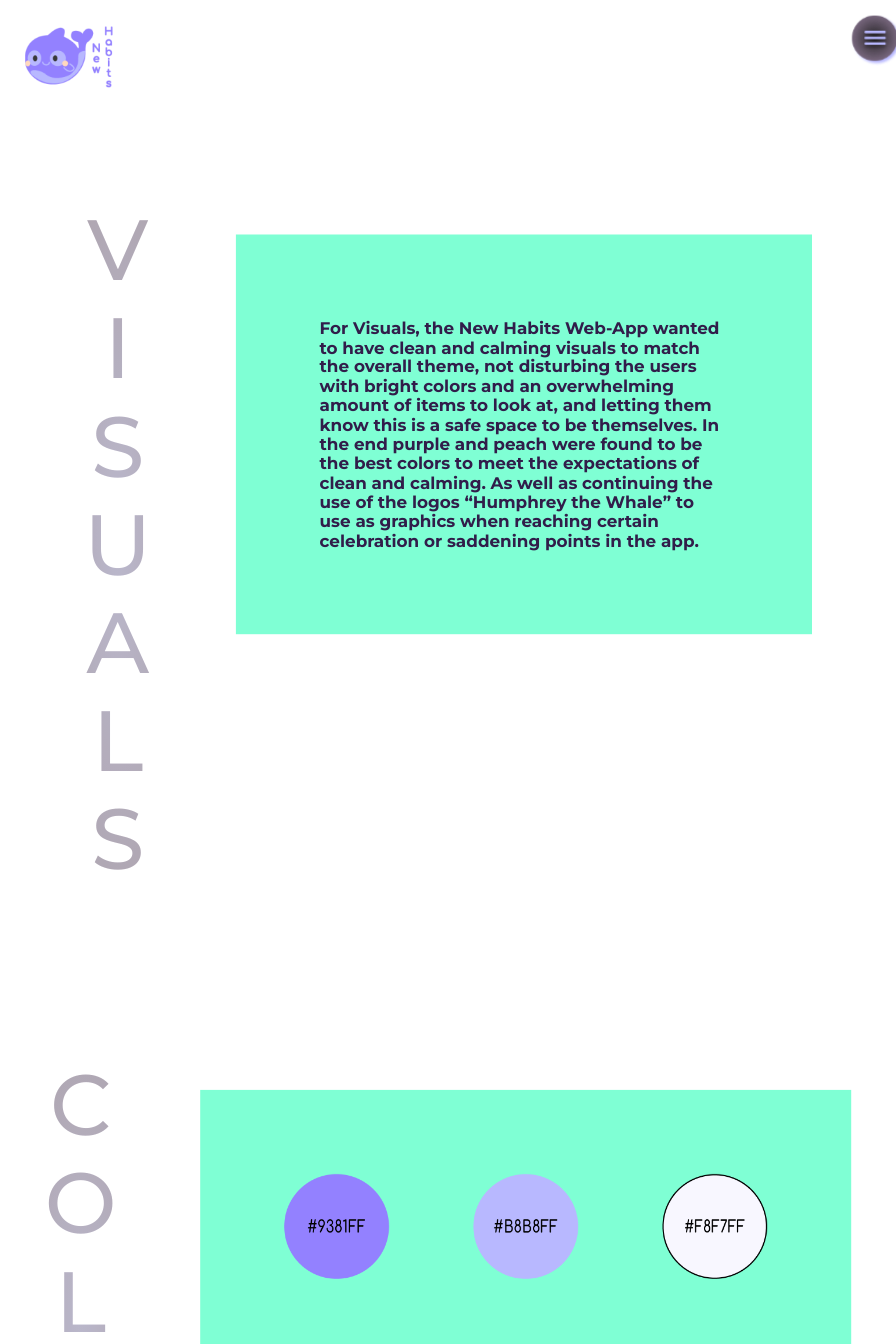
Repository: sierralaurent/Styleguide-Big_Project
Page: visuals.html
These files come from the project's save history. The page is drawn as it stood at one moment and after the next save; the edit follows.
The browser window is 1280 px wide. The pictures show the part of the page from y = 0 to 1920 px (the page is 3697 px tall), at 70% of full size.
Some web fonts or font styles are not loaded; a fallback is used.

Above is the page before, as saved 2023-03-11 12:09:18.

### visuals.html
<!DOCTYPE html>
<html lang="en">
  <head>
    <title>New Habits Web-App | Visuals </title>
    <meta property="og:title" content="Welcome to the New Habits Web-App Home Page" />
    <meta name="viewport" content="width=device-width, initial-scale=1.0" />
    <meta charset="utf-8" />
    <link rel="icon" type="image/x-icon" href="/assets/favicon.ico">

    <link
      rel="stylesheet"
      href="https://fonts.googleapis.com/css2?family=Montserrat:ital,wght@0,100;0,200;0,300;0,400;0,500;0,600;0,700;0,800;0,900;1,100;1,200;1,300;1,400;1,500;1,600;1,700;1,800;1,900&amp;display=swap"
      data-tag="font"
    />
    <link rel="stylesheet" href="./style.css" />
    <link href="./visuals.css" rel="stylesheet" />
    <link href="./navstyle.css" rel="stylesheet" />

  </head>
  <header>
    <div class="logo">
      <a href="index.html">
        <img src="assets/logo.png" alt="logo" />
      </a>
    </div>
    <div class="navigation">
      <button class="hamburger" onclick="show()">
        <img src="assets/burger.png" />
      </button>
      <nav>
        <h1 class="menutitle">Menu</h1>
        <ul>
          <li><a href="home.html">Home</a></li>
          <li><a>Logo</a></li>
          <li><a>Colours & Typo</a></li>
          <li><a href="visuals.html">Visuals</a></li>
        </ul>
      </nav>
    </div>
    <script src="nav.js"></script>
  </header>
  <body>
    <div>
      <div class="home-container">
        <div class="home-container3">
          <p class="home-text03 sidetitle">
            <span>V</span>
            <br />
            <span>I</span>
            <br />
            <span>S</span>
            <br />
            <span>U</span>
            <br />
            <span>A</span>
            <br />
            <span>L</span>
            <br />
            <span>S</span>
            <br />
          </p>
          <p class="home-text17 body">
            For Visuals, the New Habits Web-App wanted to have clean and calming visuals to match the overall theme,
            not disturbing the users with bright colors and an overwhelming amount of items to look at, and letting
            them know this is a safe space to be themselves. In the end purple and peach were found to be the best
            colors to meet the expectations of clean and calming. As well as continuing the use of the logos
            “Humphrey the Whale” to use as graphics when reaching certain celebration or saddening points in the app.
          </p>
          </div>
        <div class="home-container3">
          <p class="home-text03 sidetitle">
            <span>C</span>
            <br />
            <span>O</span>
            <br />
            <span>L</span>
            <br />
            <span>O</span>
            <br />
            <span>U</span>
            <br />
            <span>R</span>
            <br />
          </p>
          <div class="home-text17 body">
            <div>
              <img src="assets/colours/Main Purple.png" alt="mainpurple" width="150px" height="150px">
              <br />
                <br />
                <br />
                <br />
              <img src="assets/colours/Dark Purple.png" alt="darkpurple" width="150px" height="150px">
            </div>
            <div>
              <img src="assets/colours/Light Purple.png" alt="lightpurple" width="150px" height="150px">
              <br />
                <br />
                <br />
                <br />
              <img src="assets/colours/Light Peach.png" alt="lightpeach" width="150px" height="150px">
            </div>
            <div>
              <img src="assets/colours/Creme.png" alt="Creme" width="150px" height="150px">
              <br />
                <br />
                <br />
                <br />
              <img src="assets/colours/Peach.png" alt="peach" width="150px" height="150px">
            </div>
            </div>
          </div>
        </div>
        <div class="home-container3">
            <p class="home-text03 sidetitle">
              <span>I</span>
              <br />
              <span>C</span>
              <br />
              <span>O</span>
              <br />
              <span>N</span>
              <br />
              <span>S</span>
              <br />
            </p>
            <div class="home-text17 body">
              <div>
                <img src="assets/Icons/Happi.png" alt="happiwhale" width="250px" height="200px">
                <br />
                <br />
                <br />
                <br />
                <img src="assets/Icons/Flower.png" alt="flower" width="100px" height="150px">
                <br />
                <br />
                <br />
                <br />
                <img src="assets/Icons/Button.png" alt="button1" width="150px" height="50px">
              </div>
              <div>
                <img src="assets/Icons/sad.png" alt="sadwhale" width="250px" height="200px">
                <br />
                <br />
                <br />
                <br />
                <img src="assets/Icons/purple flower.png" alt="purpleflower" width="100px" height="150px">
                <br />
                <br />
                <br />
                <br />
                <img src="assets/Icons/Button (1).png" alt="button2" width="150px" height="50px">
              </div>
              <div>
                <img src="assets/Icons/Flower whale.png" alt="flowerwhale" width="250px" height="200px">
                <br />
                <br />
                <br />
                <br />
              </div>
            </div>
          </div>
        <footer class="home-footer">
          <p class="home-text24">
            © 2023 New Habits, All Rights Reserved.
          </p>
        </footer>
      </div>
    </div>
  </body>
</html>

### style.css
:root {
  --dl-black: #212121ff;
  --dl-creme: #f9f9ffff;
  --dl-white: #f8f9f9ff;
  --dark-purple: #311D4A;

}

.body {
  font-size: 24px;
  font-family: Montserrat;
  font-weight: 400;
  line-height: 1.15;
  text-transform: none;
  text-decoration: none;
}
.sidetitle {
  font-size: 122px;
  font-family: Montserrat;
  font-weight: 500;
  line-height: 1.15;
  text-transform: none;
  text-decoration: none;
}
.Title {
  font-size: 96px;
  font-family: Montserrat;
  font-weight: 500;
  line-height: 1.15;
  text-transform: none;
  text-decoration: none;
}

html {
  line-height: 1.15;
}
body {
  margin: 0;
}
* {
  box-sizing: border-box;
  border-width: 0;
  border-style: solid;
}
p,
li,
ul,
pre,
div,
h1,
h2,
figure,
blockquote,
figcaption {
  margin: 0;
  padding: 0;
}

a {
  color: inherit;
  text-decoration: inherit;
}
input {
  padding: 2px 4px;
}
img {
  display: block;
}
html {
  scroll-behavior: smooth;
}

### visuals.css
/* Define the scrollbar style */
::-webkit-scrollbar {
    width: 10px;
  }

  ::-webkit-scrollbar-thumb {
    background-image: linear-gradient(180deg, var(--light-purple) 0%, var(--main-purple) 99%);
    box-shadow: inset 2px 2px 5px 0 var(--creme);
    border-radius: 100px;
  }

  html {
    font-family: Montserrat;
    font-size: 24px;
    scroll-behavior: smooth;
  }

  body {
    font-weight: 400;
    font-style: normal;
    text-decoration: none;
    text-transform: none;
    letter-spacing: normal;
    line-height: 1.15;
    color: var(--black);
    background-color: var(--creme);
  }

  .home-container {
    width: 100%;
    display: flex;
    overflow: auto;
    min-height: 100vh;
    align-items: center;
    flex-direction: column;
  }
  .home-container1 {
    flex: 0 0 auto;
    width: auto;
    height: auto;
    display: flex;
    align-items: flex-start;
    justify-content: center;
  }
  .home-container2 {
    flex: 0 0 auto;
    width: auto;
    display: flex;
    align-self: center;
    margin-top: 5rem;
    align-items: center;
    margin-bottom: 15rem;
    flex-direction: column;
    justify-content: center;
  }
  .home-text {
    font-size: 36px;
    text-align: center;
    font-family: Montserrat;
    background: linear-gradient(0deg, rgba(0, 0, 0, 0.2), rgba(0, 0, 0, 0.2)),
      radial-gradient(
        50% 50% at 50% 50%,
        rgba(147, 129, 255, 0.2) 0%,
        rgba(79, 26, 98, 0.2) 94.12%
      );
    -webkit-background-clip: text;
    -webkit-text-fill-color: transparent;
    background-clip: text;
    text-fill-color: transparent;
  }
  .home-text01 {
    margin-top: 1rem;
    text-align: center;
    margin-bottom: 1rem;
    background: linear-gradient(0deg, rgba(0, 0, 0, 0.2), rgba(0, 0, 0, 0.2)),
      radial-gradient(
        50% 50% at 50% 50%,
        rgba(147, 129, 255, 0.2) 0%,
        rgba(79, 26, 98, 0.2) 94.12%
      );
    -webkit-background-clip: text;
    -webkit-text-fill-color: transparent;
    background-clip: text;
    text-fill-color: transparent;
  }
  .home-text02 {
    width: 31rem;
    text-align: center;
    color: var(--dark-purple);
  }
  .home-container3 {
    flex: 0 0 auto;
    width: 100%;
    height: auto;
    display: flex;
    align-items: flex-start;
    justify-content: center;
  }
  .home-text03 {
    width: 25rem;
    text-align: center;
    background: linear-gradient(0deg, rgba(0, 0, 0, 0.2), rgba(0, 0, 0, 0.2)),
      radial-gradient(
        50% 50% at 50% 50%,
        rgba(147, 129, 255, 0.2) 0%,
        rgba(79, 26, 98, 0.2) 94.12%
      );
    -webkit-background-clip: text;
    -webkit-text-fill-color: transparent;
    background-clip: text;
    text-fill-color: transparent;
  }
  .home-text17 {
    width: auto;
    margin-top: 5rem;
    text-align: left;
    padding: 5rem;
    display: flex;
    justify-content: center;
    flex-direction: row;
    gap: 5rem;
    row-gap: 5rem;
    color: var(--dark-purple);
    background-color: aquamarine;
    font-weight: bolder;
  }
  .home-container4 {
    flex: 0 0 auto;
    width: auto;
    height: auto;
    display: flex;
    align-items: flex-start;
    justify-content: center;
  }

  .home-container5 {
    flex: 0 0 auto;
    display: flex;
    align-items: flex-start;
    flex-direction: column;
  }
  .home-text18 {
    width: auto;
    margin-top: 15rem;
    text-align: center;
    margin-bottom: 5rem;
    background: linear-gradient(0deg, rgba(0, 0, 0, 0.2), rgba(0, 0, 0, 0.2)),
      radial-gradient(
        50% 50% at 50% 50%,
        rgba(147, 129, 255, 0.2) 0%,
        rgba(79, 26, 98, 0.2) 94.12%
      );
    -webkit-background-clip: text;
    -webkit-text-fill-color: transparent;
    background-clip: text;
    text-fill-color: transparent;
  }
  .home-container6 {
    flex: 0 0 auto;
    width: auto;
    height: auto;
    display: flex;
    align-items: flex-start;
    margin-bottom: 15rem;
    justify-content: center;
  }
  .home-text19 {
    width: 15rem;
    align-self: center;
    text-align: center;
    color: var(--dark-purple);
  }
  .home-text20 {
    width: 15rem;
    align-self: center;
    text-align: center;
    color: var(--dark-purple);
  }
  .home-text21 {
    width: 15rem;
    align-self: center;
    text-align: center;
    color: var(--dark-purple);
  }
  .home-text23 {
    width: 15rem;
    align-self: center;
    text-align: center;
  }
  .home-footer {
    width: 100%;
    height: 197px;
    display: flex;
    max-width: auto;
    align-self: center;
    align-items: center;
    padding-top: 32px;
    padding-left: 48px;
    padding-right: 48px;
    padding-bottom: 32px;
    justify-content: center;
  }
  .home-text24 {
    text-align: center;
    color: var(--dark-purple);

  }
  @media (max-width: 1900px) {
    .home-container1 {
      width: 100%;
    }
    .home-container2 {
      align-items: center;
      justify-content: center;
    }
    .home-text01 {
      margin-top: 1rem;
      margin-bottom: 1rem;
    }
    .home-container3 {
      width: 100%;
    }
    .home-text03 {
      width: auto;
      margin: 3rem;
      padding: 2rem;
    }
    .home-text17 {
      width: 40rem;
      margin-top: 7rem;
      text-align: left;
      margin-right: 5rem;
    }
    .home-container4 {
      width: auto;
      justify-content: center;
    }
    .home-container5 {
      width: auto;
      height: auto;
      align-items: center;
      justify-content: center;
    }
    .home-text18 {
      width: auto;
      height: auto;
      margin-top: 5rem;
      text-align: center;
      margin-bottom: 5rem;
    }
    .home-container6 {
      width: 100%;
      margin-bottom: 15rem;
    }
    .home-text19 {
      width: 15rem;
      text-transform: none;
    }
    .home-text20 {
      width: 15rem;
      text-transform: none;
    }
    .home-text21 {
      margin-bottom: 2rem;
    }
    .home-text23 {
      width: 15rem;
      text-transform: none;
      color: var(--dark-purple);
    }
  }
  @media (max-width: 1200px) {
    .home-text01 {
      margin-top: 1rem;
      margin-bottom: 1rem;
    }
    .home-container6 {
      align-items: center;
    }
    .home-text19 {
      width: 12rem;
    }
    .home-text20 {
      width: 12rem;
    }
    .home-text23 {
      width: 12rem;
    }
  }
  @media (max-width: 991px) {
    .home-container2 {
      width: 100%;
      height: 307px;
    }
    .home-text01 {
      margin-top: 1rem;
      margin-bottom: 1rem;
    }
    .home-container6 {
      align-items: center;
      flex-direction: column;
    }
    .home-text19 {
      width: auto;
    }
    .home-text20 {
      width: auto;
    }
    .home-text23 {
      width: 100%;
    }
  }
  @media (max-width: 767px) {
    .home-text01 {
      margin-top: 1rem;
      margin-bottom: 1rem;
    }
    .home-footer {
      padding-left: 32px;
      padding-right: 32px;
    }
    .home-text24 {
      text-align: center;
      margin-left: 16px;
      margin-right: 16px;
    }
    .home-text03 {
      margin-top: 0rem;
      margin-left: 3rem;
      margin-right: 0rem;
      margin-bottom: 0rem;
    }
  }
  @media (max-width: 479px) {
    .home-text01 {
      margin-top: 1rem;
      margin-bottom: 1rem;
    }
    .home-text02 {
      width: 479px;
    }
    .home-text03 {
      margin-top: 0rem;
      margin-left: 3rem;
      margin-right: 0rem;
      margin-bottom: 0rem;
    }
    .home-footer {
      padding: 16px;
      flex-direction: column;
    }
    .home-text24 {
      margin-left: 0px;
      margin-right: 0px;
      margin-bottom: 16px;
    }
  }

### navstyle.css
@import url("https://fonts.cdnfonts.com/css/montserrat");

* {
  margin: 0;
  padding: 0;
  font-family: "Montserrat", sans-serif;
}

a,
button {
  cursor: pointer;
}

nav {
  position: absolute;
  top: 30px;
  right: 30px;
  width: 250px;
}

.navigation {
  position: fixed;
  top: 0;
  right: -500px;
  width: 312px;
  height: 100%;
  background-image: url("assets/background.png");
  background-size: cover;
  transition: 0.5s;
  border-radius: 27px 0 0 27px;
}

.logo {
    margin: 1.5rem;
}

.menutitle {
  font-family: "Montserrat", sans-serif;
  font-style: normal;
  font-weight: 400;
  font-size: 24px;
  display: flex;
  align-items: left;
  color: rgba(255, 255, 255, 0.32);
  margin: 1rem;
}

.navigation ul li {
  display: flex;
  color: rgba(255, 255, 255, 0.5);
  line-height: 20px;
  text-align: left;
  font-weight: 500;
  list-style-type: none;
  font-size: 14px;
  padding: 20px 30px;
  border-bottom: 0px 64px 64px -32px rgba(41, 15, 0, 0.56);
  transition: all 0.3s ease;
}

.navigation ul li:hover {
  padding: 16px 20px;
  background-image: url("assets/hover.png");
  background-size: cover;
  border-radius: 12px;
}

.hamburger,
.bar {
  position: fixed;
}

.hamburger {
  display: block;
  top: 5%;
  left: 95%;
  width: 30px;
  height: 30px;
  transform: translateY(-50%);
  border: 0;
  background: 0 0;
}

.hamburger.hidden {
  display: none; /* Hide the menu button */
}

.navigation.active {
  right: 0;
  z-index: 1;
}

### nav.js
const hamburger = document.querySelector('.hamburger');
const navigation = document.querySelector('.navigation');

document.addEventListener('click', function(event) {
  const isClickInside = navigation.contains(event.target) || hamburger.contains(event.target);
  if (!isClickInside) {
    navigation.classList.remove('active');
    hamburger.classList.remove('hidden');
  }
});

hamburger.addEventListener('click', function() {
  navigation.classList.add('active');
  hamburger.classList.add('hidden');
});

After the next save:
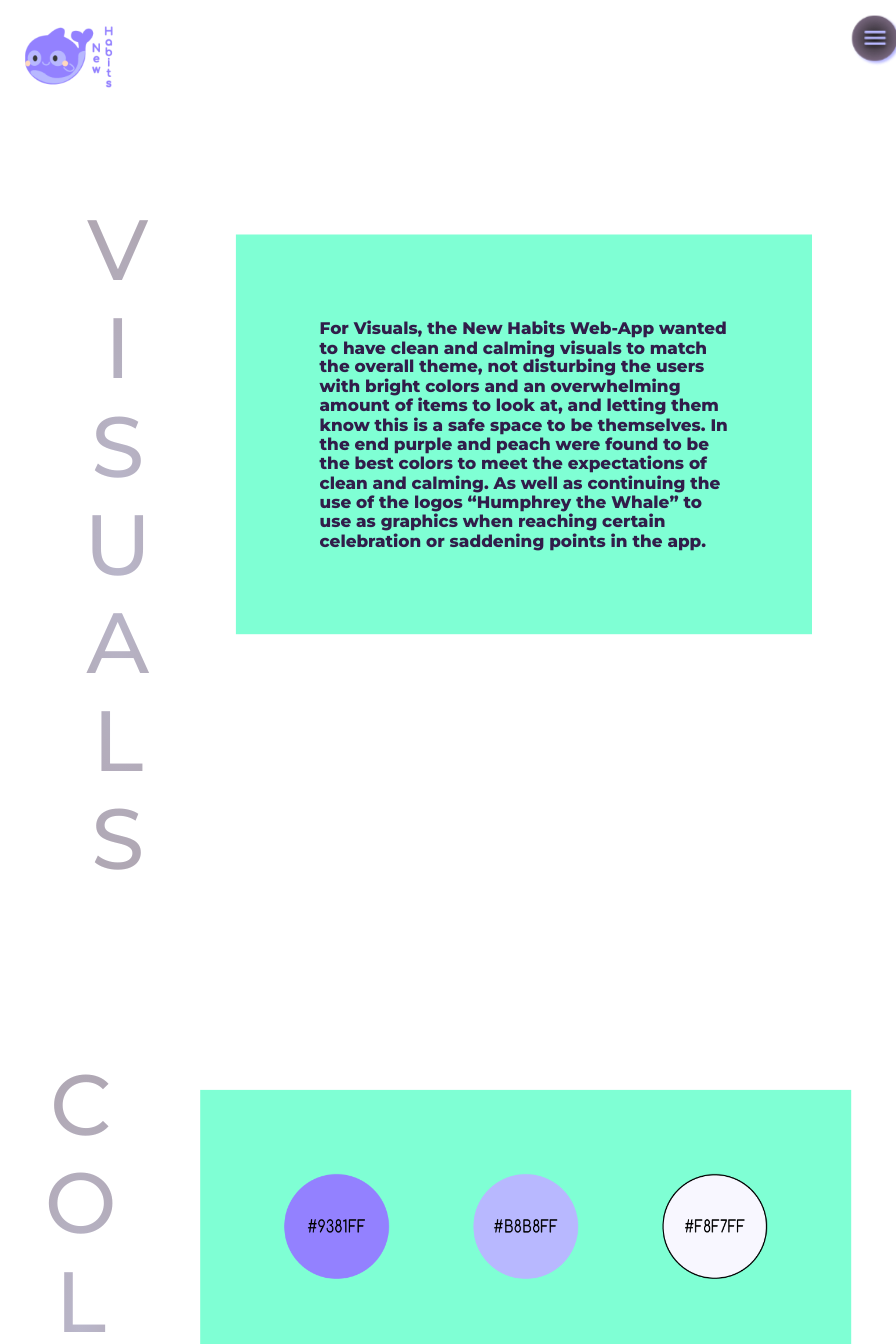
Saved 10 s later.
--- a/visuals.css
+++ b/visuals.css
@@ -122,7 +122,7 @@
     row-gap: 5rem;
     color: var(--dark-purple);
     background-color: aquamarine;
-    font-weight: bolder;
+    font-weight: 800;
   }
   .home-container4 {
     flex: 0 0 auto;
